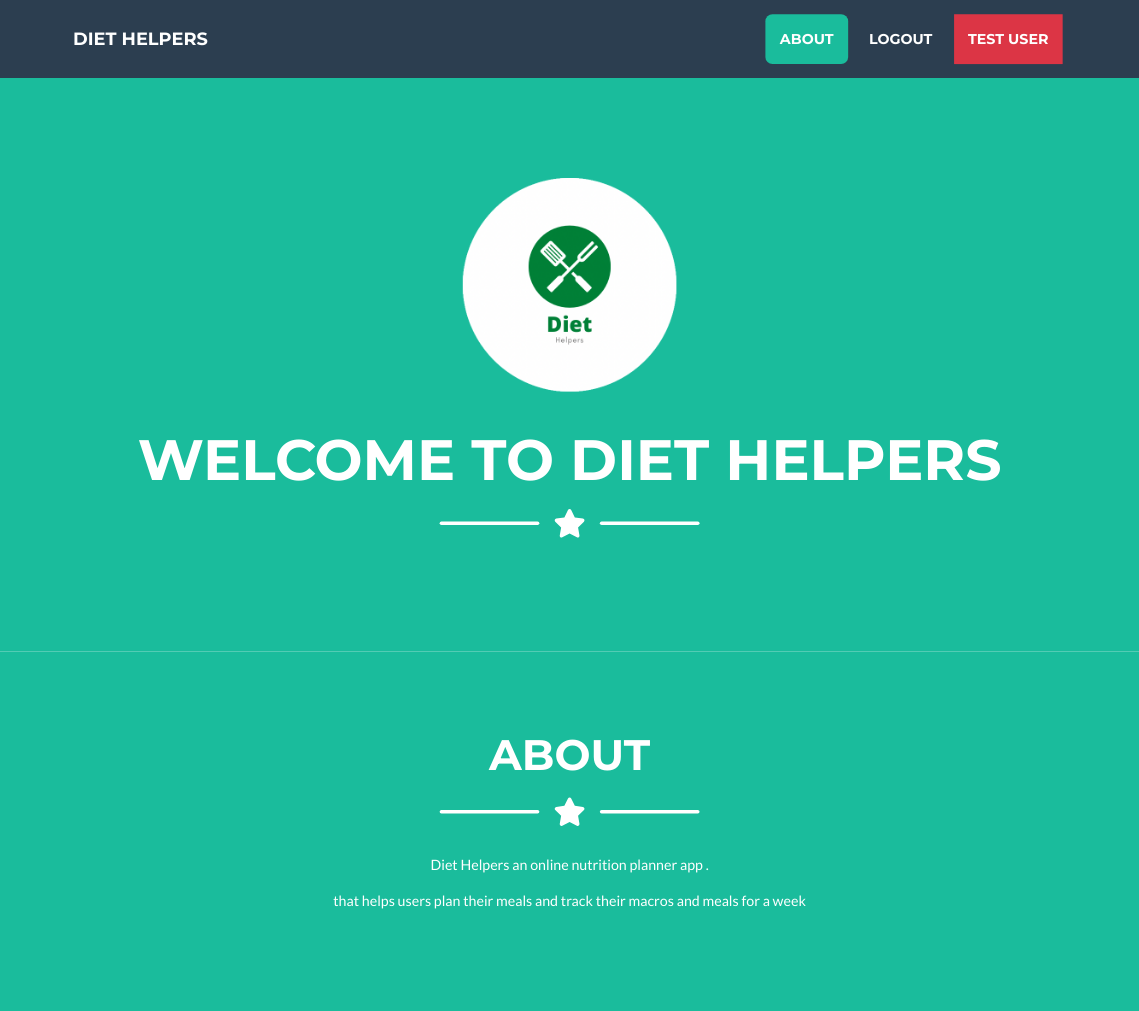
Repository: michaelrupp2002/GroupProjectCSCI4830
Page: http://localhost/signup/index.jsp
An editor plug-in stored every save of this project. The page is shown before and after the next save, followed by the edit.
The browser window is 1280 px wide. The pictures show the whole page, at 89% of full size.
The page is served by Tomcat 9. The session is filled in as if someone had signed in: {"name": "Test User"}. Other server files are loaded and not shown.

Above is the page before, as saved 2024-04-18 03:13:53.

### loginPage/signup/src/main/webapp/index.jsp
<%
	if(session.getAttribute("name")==null){
		response.sendRedirect("login.jsp");
	}
%>

<!DOCTYPE html>
<html lang="en">
<head>
<meta charset="utf-8" />
<meta name="viewport"
	content="width=device-width, initial-scale=1, shrink-to-fit=no" />
<meta name="description" content="" />
<meta name="author" content="" />
<title>Diet Helpers Web</title>

<!-- Favicon-->
<link rel="icon" type="image/x-icon" href="assets/favicon.ico" />
<!-- Font Awesome icons (free version)-->
<script src="https://use.fontawesome.com/releases/v5.15.4/js/all.js"
	crossorigin="anonymous"></script>

<!-- Google fonts-->
<link href="https://fonts.googleapis.com/css?family=Montserrat:400,700"
	rel="stylesheet" type="text/css" />
<link
	href="https://fonts.googleapis.com/css?family=Lato:400,700,400italic,700italic"
	rel="stylesheet" type="text/css" />

<!-- Core theme CSS (includes Bootstrap)-->
<link href="css/index-styles.css" rel="stylesheet" />
</head>
<body id="page-top">
	<!-- Navigation-->
	<nav
		class="navbar navbar-expand-lg bg-secondary text-uppercase fixed-top"
		id="mainNav">
		<div class="container">
			<a class="navbar-brand" href="#page-top">Diet Helpers</a>
			<button
				class="navbar-toggler text-uppercase font-weight-bold bg-primary text-white rounded"
				type="button" data-bs-toggle="collapse"
				data-bs-target="#navbarResponsive" aria-controls="navbarResponsive"
				aria-expanded="false" aria-label="Toggle navigation">
				Menu <i class="fas fa-bars"></i>
			</button>
			<div class="collapse navbar-collapse" id="navbarResponsive">
				<ul class="navbar-nav ms-auto">
					<li class="nav-item mx-0 mx-lg-1"><a
						class="nav-link py-3 px-0 px-lg-3 rounded" href="#about">About</a></li>
					<li class="nav-item mx-0 mx-lg-1"><a
						class="nav-link py-3 px-0 px-lg-3 rounded" href="Logout">Logout</a></li>
					<li class="nav-item mx-0 mx-lg-1 bg-danger"><a
						class="nav-link py-3 px-0 px-lg-3 rounded"><%=session.getAttribute("name") %></a></li>

				</ul>
			</div>
		</div>
	</nav>
	<!-- Masthead-->
	<header class="masthead bg-primary text-white text-center">
		<div class="container d-flex align-items-center flex-column">
			<!-- Masthead Diet Helpers Image-->
			<img class="masthead-avatar mb-5" src="assets/img/dietHelper.PNG"
				alt="..." />

			<!-- Masthead Heading-->
			<h1 class="masthead-heading text-uppercase mb-0">Welcome To Diet Helpers</h1>
			<!-- Icon Divider-->
			<div class="divider-custom divider-light">
				<div class="divider-custom-line"></div>
				<div class="divider-custom-icon">
					<i class="fas fa-star"></i>
				</div>
				<div class="divider-custom-line"></div>
			</div>

		</div>
	</header>

	<!-- About Section-->
	<section class="page-section bg-primary text-white mb-0" id="about">
		<div class="container">

			<!-- About Section Heading-->
			<h2
				class="page-section-heading text-center text-uppercase text-white">About</h2>
			<!-- Icon Divider-->
			<div class="divider-custom divider-light">
				<div class="divider-custom-line"></div>
				<div class="divider-custom-icon">
					<i class="fas fa-star"></i>
				</div>
				<div class="divider-custom-line"></div>
			</div>

			<!-- About Section Content-->
			<div class="row">
			<p class="text-center text-white">Diet Helpers an online nutrition planner app
			.</p>
			<p class="text-center text-white">that helps users plan their meals and track their macros and meals for a week</p>



		</div>
	</section>

	<!-- Bootstrap core JS-->
	<script
		src="https://cdn.jsdelivr.net/npm/bootstrap@5.1.3/dist/js/bootstrap.bundle.min.js"></script>
	<!-- Core theme JS-->
	<script src="js/scripts.js"></script>
	<script src="https://cdn.startbootstrap.com/sb-forms-latest.js"></script>
</body>
</html>

Loaded but not shown: loginPage/signup/src/main/webapp/css/index-styles.css (library); loginPage/signup/src/main/webapp/js/scripts.js (common file)

After the next save:
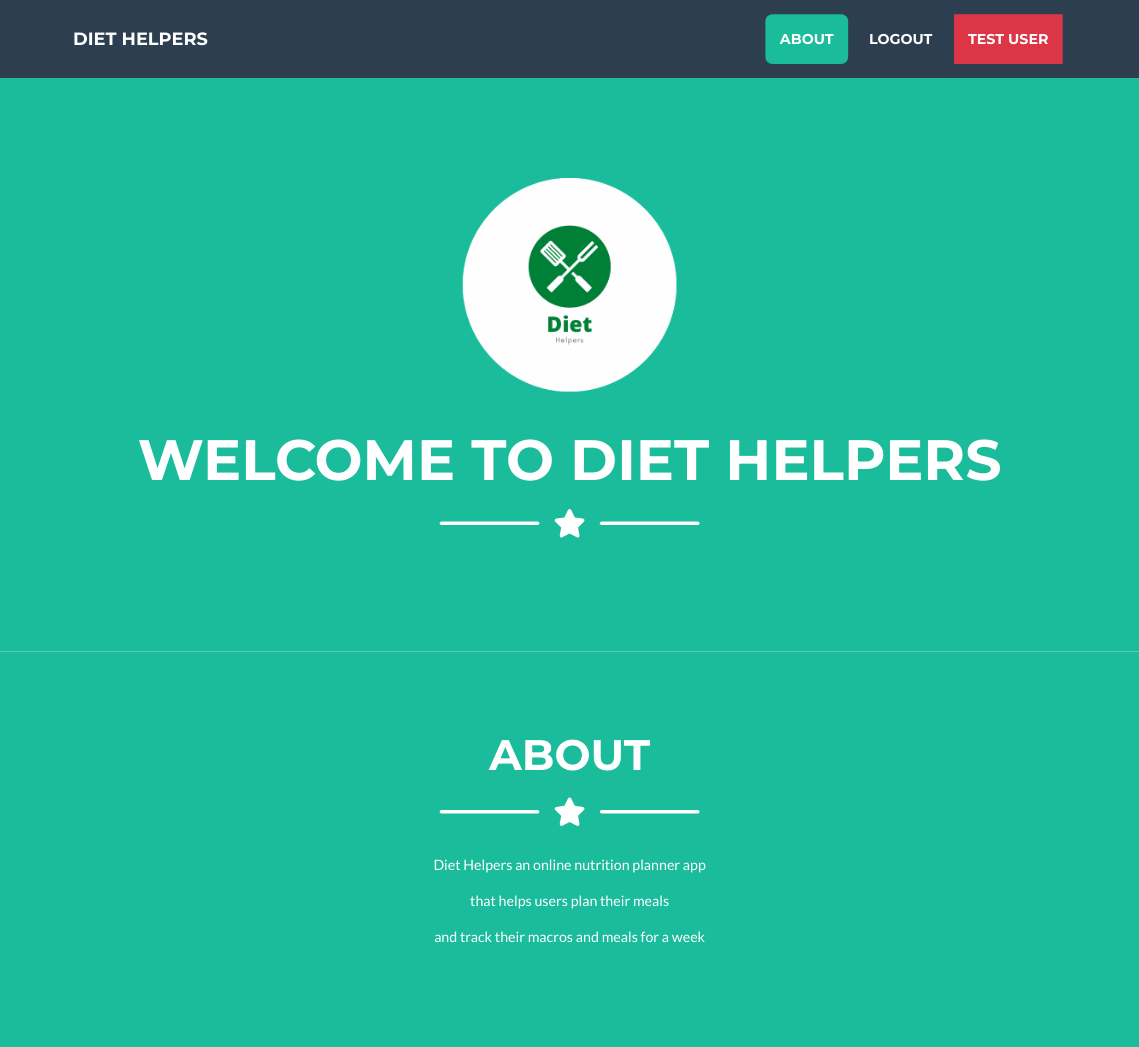
Saved 45 s later.
--- a/loginPage/signup/src/main/webapp/index.jsp
+++ b/loginPage/signup/src/main/webapp/index.jsp
@@ -97,9 +97,9 @@
 			<!-- About Section Content-->
 			<div class="row">
 			<p class="text-center text-white">Diet Helpers an online nutrition planner app
-			.</p>
-			<p class="text-center text-white">that helps users plan their meals and track their macros and meals for a week</p>
-
+		   </p>
+			<p class="text-center text-white">that helps users plan their meals</p>
+			<p class="text-center text-white">and track their macros and meals for a week</p>
 
 
 		</div>
